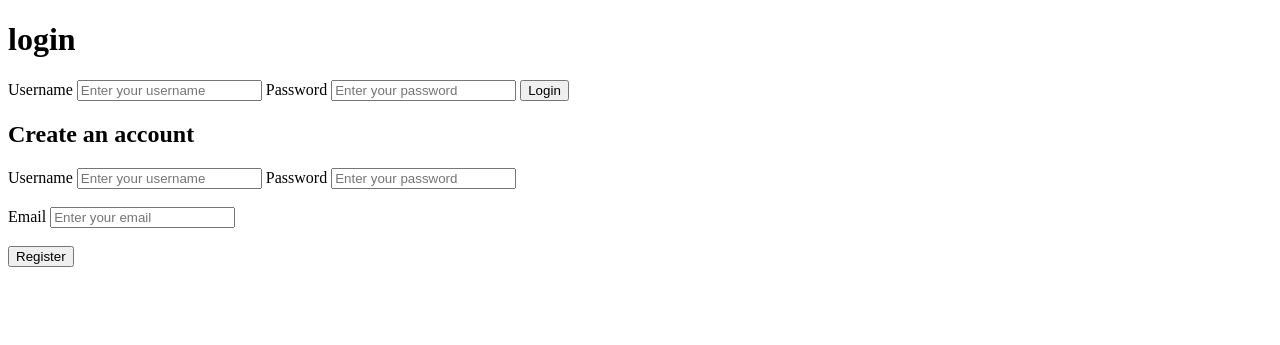
Repository: bao2222/hoc-lam-web
Page: welcome.html
These files come from the project's save history. The page is drawn as it stood at one moment and after the next save; the edit follows.
The browser window is 1280 px wide. The pictures show the whole page.

Above is the page before, as saved 2024-12-30 08:52:39.

### welcome.html
<!DOCTYPE html>
<html lang="en">

    <head>
        <meta charset="UTF-8">
        <title>Welcome</title>
        <meta content = "this is my website" name = "description">
        <meta author = "me">




    </head>

    <body>
        <h1>login</h1>
        <div>
            <div class="login">
                <form action="project.js" method="POST" >

                    <label for="username">Username</label>
                    <input type="text" id="username" placeholder="Enter your username" name="username" required>

                    <label for="password">Password</label>
                    <input type="password" id="password" placeholder="Enter your password" name="password" required>

                    <button type="submit">Login</button>

                </form>
            </div>

            <h2>Create an account</h2>
            <div>
                <div class="register">
                    <form action="project.js" method="POST" >

                        <label for="register_username">Username</label>
                        <input type="text" id="register_username" placeholder="Enter your username" name="register_username" required>

                        <label for="register_password">Password</label>
                        <input type="password" id="register_password" placeholder="Enter your password" name="password" required><br><br>

                        <label for="register_email">Email</label>
                        <input type="email" id="register_email" placeholder="Enter your email" name="email" required><br><br>

                        <button type="submit">Register</button>

                    </form>



                </div>


            </div>



        </div>





    </body>





</html>

After the next save:
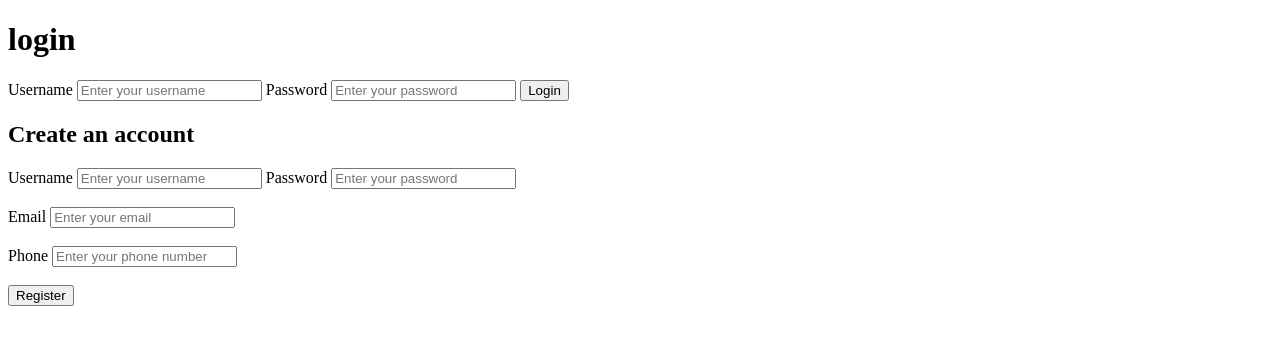
Saved 20 s later.
--- a/welcome.html
+++ b/welcome.html
@@ -43,6 +43,9 @@
                         <label for="register_email">Email</label>
                         <input type="email" id="register_email" placeholder="Enter your email" name="email" required><br><br>
 
+                        <label for="register_phone">Phone</label>
+                        <input type="tel" id="register_phone" placeholder="Enter your phone number" name="phone" required><br><br>
+
                         <button type="submit">Register</button>
 
                     </form>
